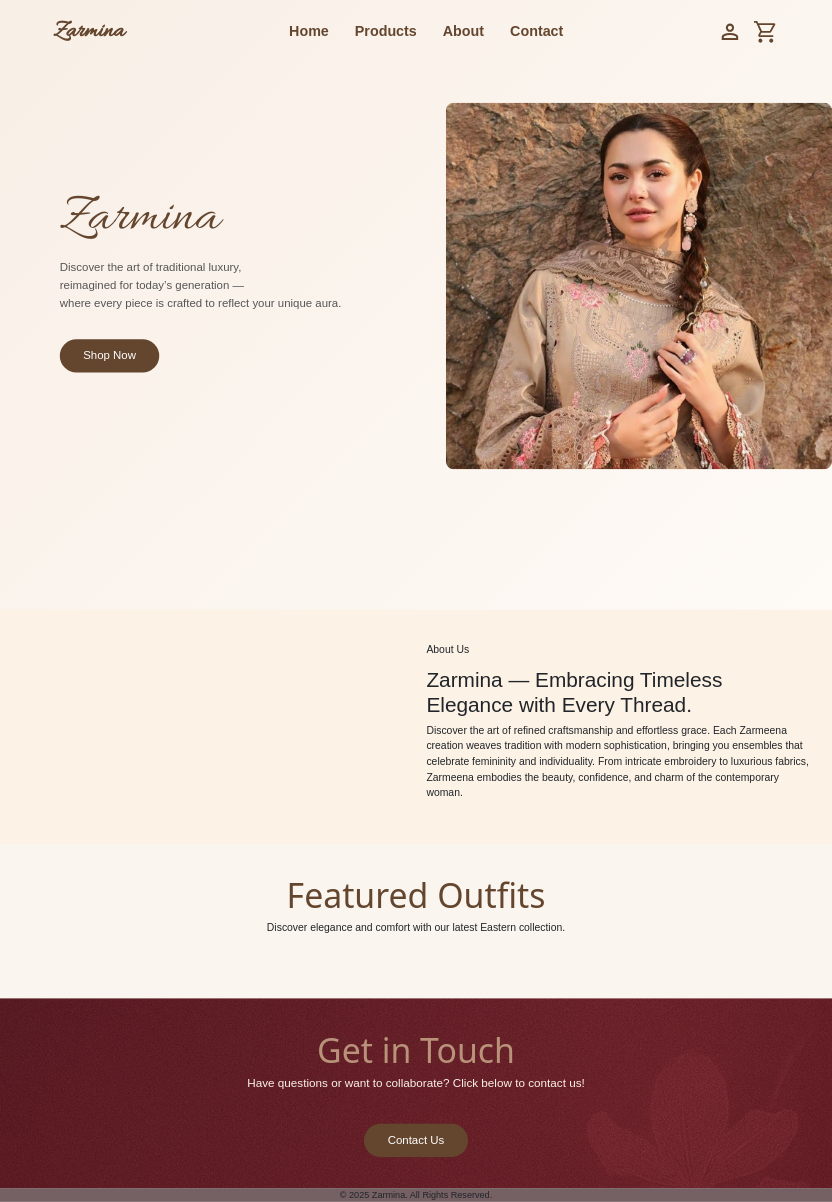
Repository: ayeshatehreem77/Clothing-store
Page: / (app in perfumes-app/)
These files come from the project's save history. The page is drawn as it stood at one moment and after the next save; the edit follows.
The browser window is 1280 px wide. The pictures show the whole page, at 65% of full size.
Pictures or frames that could not be fetched are drawn as grey boxes. The page's requests for data from a server got no answer. Some web fonts or font styles are not loaded; a fallback is used. The project was rebuilt for these pictures with package versions that can differ from the ones it lists, and the page was loaded fresh each time. No one was signed in, and anything a server would have sent is missing. Also part of the build but not shown: perfumes-app/src/components/Alert.js, perfumes-app/src/components/Reviews.js, perfumes-app/src/components/FeedbackForm.js.

Above is the page before, as saved 2025-10-31 20:17:10.

### perfumes-app/public/index.html
<!DOCTYPE html>
<html lang="en">

<head>
  <meta charset="utf-8" />
  <link rel="icon" href="%PUBLIC_URL%/favicon.ico" />
  <meta name="viewport" content="width=device-width, initial-scale=1" />
  <meta name="theme-color" content="#000000" />
  <meta name="description" content="Web site created using create-react-app" />
  <link rel="apple-touch-icon" href="%PUBLIC_URL%/logo192.png" />
  <!--
      manifest.json provides metadata used when your web app is installed on a
      user's mobile device or desktop. See https://developers.google.com/web/fundamentals/web-app-manifest/
    -->
  <link rel="manifest" href="%PUBLIC_URL%/manifest.json" />

  <title>Zarmina</title>

  <link rel="preconnect" href="https://fonts.googleapis.com">
  <link rel="preconnect" href="https://fonts.gstatic.com" crossorigin>
  <link
    href="https://fonts.googleapis.com/css2?family=Allura&family=Libertinus+Serif+Display&family=Lilita+One&display=swap"
    rel="stylesheet">

</head>

<body>
  <noscript>You need to enable JavaScript to run this app.</noscript>
  <div id="root"></div>
  <!--
      This HTML file is a template.
      If you open it directly in the browser, you will see an empty page.

      You can add webfonts, meta tags, or analytics to this file.
      The build step will place the bundled scripts into the <body> tag.

      To begin the development, run `npm start` or `yarn start`.
      To create a production bundle, use `npm run build` or `yarn build`.
    -->
</body>

</html>

### perfumes-app/src/index.js
import React from 'react';
import ReactDOM from 'react-dom/client';
import './index.css';
import 'bootstrap/dist/css/bootstrap.min.css';
import 'bootstrap/dist/js/bootstrap.bundle.min.js';
import App from './App';
import reportWebVitals from './reportWebVitals';
import { AuthProvider } from './context/AuthContext';

const root = ReactDOM.createRoot(document.getElementById('root'));
root.render(
  <React.StrictMode>
    <AuthProvider>
    <App />
    </AuthProvider>
  </React.StrictMode>
);

// If you want to start measuring performance in your app, pass a function
// to log results (for example: reportWebVitals(console.log))
// or send to an analytics endpoint. Learn more: https://bit.ly/CRA-vitals
reportWebVitals();

### perfumes-app/src/context/AuthContext.js
// src/context/AuthContext.js
import React, { createContext, useState, useEffect } from "react";
import axios from "axios";

export const AuthContext = createContext();

export const AuthProvider = ({ children }) => {
  const [user, setUser] = useState(null);

  // ✅ Fetch user details from backend using token
  const fetchUser = async () => {
    const token = localStorage.getItem("token");
    if (!token) return;

    try {
      const res = await axios.get("http://localhost:4000/auth/user", {
        headers: { Authorization: `Bearer ${token}` },
      });
      setUser(res.data); // { userId, email, role }
    } catch (err) {
      console.error("Failed to fetch user:", err);
      localStorage.removeItem("token");
      setUser(null);
    }
  };

  // ✅ Auto-fetch user on first render (if token exists)
  useEffect(() => {
    fetchUser();
  }, []);

  // ✅ Handle login
  const login = async (email, password) => {
    try {
      const res = await axios.post("http://localhost:4000/auth/login", {
        email,
        password,
      });

      // backend returns { authToken: "..." }
      const token = res.data.authToken;
      if (!token) throw new Error("No token returned");

      localStorage.setItem("token", token);
      await fetchUser(); // instantly update user

      return true; // success
    } catch (err) {
      console.error("Login error:", err.response?.data || err.message);
      throw err.response?.data?.message || "Login failed";
    }
  };

  // ✅ Handle logout
  const logout = () => {
    localStorage.removeItem("token");
    setUser(null);
  };

  return (
    <AuthContext.Provider value={{ user, login, logout, fetchUser }}>
      {children}
    </AuthContext.Provider>
  );
};

### perfumes-app/src/App.css
body {
  font-family: 'Poppins', sans-serif;
  background-color: #FBF5EF;
}

html {
  scroll-behavior: smooth;
}


.veloura-logo {
  font-family: "Allura", cursive;
  font-weight: 400;
  font-style: normal;
  font-size: 37px;
  color: #64462F !important;
}

.navbar {
  background: transparent !important;
}

button.navbar-toggler {
  border: none !important;
}

.navbar-toggler-icon {
  background-image: url("data:[embedded picture, 222 characters]");
}



.nav-link {
  color: #64462F !important;
  font-size: 22px;
  font-weight: 600;
}

.hero-section {
  background: linear-gradient(135deg, #f8efe6, #fefaf6);

  min-height: 100vh;
  display: flex;
  flex-direction: column;
  font-family: "Poppins", sans-serif;
}

/* =============== HERO LAYOUT =============== */
.hero-layout {
  display: flex;
  justify-content: center;
  align-items: flex-start;
  width: 100%;
  max-width: 1400px;
  height: 100vh;
  margin: 60px 0;

}

/* ---------- Left Section ---------- */
.hero-left {
  flex: 1 1;
  position: relative;
  margin: 133px 0px 0 92px;
}

.main-image {
  width: 100%;
  height: 564px;
  border-radius: 12px;
  overflow: hidden;
  /* ✅ ensures image stays inside box */
  position: relative;
  background-color: #93c5fd;
}

/* Make image fill box properly */
.main-image img {
  width: 100%;
  height: 100%;
  object-fit: cover;
  /* ✅ maintains aspect ratio without stretching */
  object-position: center;
  display: block;
}


.side-handle {
  position: absolute;
  left: -50px;
  bottom: 50%;
  transform: rotate(-90deg);
  font-size: 14px;
  color: #555;
  letter-spacing: 2px;
}

/* ---------- Right Section ---------- */
.hero-right {
  flex: 1;
  display: flex;
  flex-direction: column;
  justify-content: space-between;
  gap: 2rem;
}

/* Text Area */
.hero-text h2 {
  font-size: 1.6rem;
  color: #6c6c6c;
  margin-bottom: 5px;
  letter-spacing: 2px;
}

.hero-text h1 {
  font-family: "Allura", cursive;
  font-weight: 400;
  font-style: normal;
  font-size: 5.2rem;
  color: #64462F;
  line-height: 1.1;
}

.hero-text p {
  font-size: 1.1rem;
  color: #555;
  margin-top: 15px;
  line-height: 1.6;
}

.shop-btn {
  background-color: #64462F;
  color: white;
  border: none;
  padding: 12px 36px;
  border-radius: 40px;
  font-size: 1.1rem;
  margin-top: 25px;
  cursor: pointer;
  transition: background-color 0.3s ease;
}

.shop-btn:hover {
  background-color: #a3846d;
}

/* Small Image Grid */
.image-grid {
  display: grid;
  grid-template-columns: repeat(2, 1fr);
  gap: 20px;
}

.small-box {
  height: 200px;
  background-color: #93c5fd;
  border-radius: 12px;
}

/* =============== RESPONSIVE DESIGN =============== */
@media (max-width: 992px) {
  .hero-layout {
    flex-direction: column;
    text-align: center;
  }

  .side-handle {
    display: none;
  }

  .hero-text h1 {
    font-size: 3rem;
  }

  .main-image {
    height: 400px;
  }
}


.products-section h2 {
  font-family: "Libertinus Serif Display", system-ui;
  font-weight: 400;
  font-style: normal;
  font-size: 52px;
  color: #64462F;
}

.product-card {
  transition: all 0.3s ease-in-out;
  border-radius: 10px;
  background: transparent;
}

.card-img {
  border-radius: 10px;
  /* background: #FCF2E6; */
  background: #64462F;
}

.product-card:hover {
  transform: translateY(-5px);
}

.card-text,
.card-title {
  font-size: 23px;
  color: #64462F;
}

/* about us */

.aboutus {
  display: grid;
  grid-template-columns: 1fr 1fr;
  gap: 2rem;
  align-items: center;
  padding: 2rem;
  background: #FCF2E6;
}

.right-section video {
  width: 70%;
  max-height: 80vh;
  height: 100%;
  object-fit: cover;
  display: block;
}

/* product details */


.modal-header p {
  font-size: 14px;
  color: #451b277a;
}

.product-img {
  width: 100%;
  border-radius: 10px;
}

.product-title {
  font-family: "Libertinus Serif Display", system-ui;
  font-weight: 400;
  font-style: normal;
  font-size: 36px;
  color: #64462F;
}



.modal-content {
  background: #FCF2E6 !important;
  margin: auto !important;
  height: auto;
  overflow: hidden;
}

.breadcrumb-item a {
  text-decoration: none !important;
  color: black !important;
}

.modal-dialog {
  max-width: 900px;
  display: flex;
  align-items: center;
  justify-content: center;
  min-height: calc(100vh - 2rem);
  /* keeps it centered */
}

/* Optional - pretty scrollbar inside modal */
.modal-content::-webkit-scrollbar {
  width: 8px;
}

.modal-content::-webkit-scrollbar-thumb {
  background: #d4b191;
  border-radius: 10px;
}

.modal-content::-webkit-scrollbar-thumb:hover {
  background: #b8937a;
}

.modal-body {
  padding: 2rem !important;
}

.gender,
.concentration {
  background-color: #D4B191;
  border-radius: 21%;
  padding: 6px 11px;
  margin-bottom: 5px;
}

.add-cart-btn {
  margin-top: 1rem;
  background-color: #D4B191;
  padding: 10px 25px;
  color: #451B27;
  font-weight: 600;
}

.product-detail {
  margin-top: 0;
  margin-bottom: 1rem;
  font-size: 13px;
  color: #8b745e;
}

.btn-close:focus {
  box-shadow: none !important;
  outline: none !important;
}

/* contact us */

.contact-us {
  background-image: url("Assets/contactus2-bg.png");
  background-position: center;
  background-repeat: no-repeat;
  background-size: cover;
}

.contact-section h2 {
  font-family: "Libertinus Serif Display", system-ui;
  font-weight: 400;
  font-style: normal;
  font-size: 52px;
  color: #b8937a;
  text-align: center;
}

.contact-section p {
  font-size: 18px;
  color: #FCF2E6;
  /* accent purple */
  margin-bottom: 3rem;
  text-align: center;
}

.contact-form {
  max-width: 600px;
  margin: 0 auto;
  display: grid;
  gap: 1.5rem;
}

.contact-form input,
.contact-form textarea {
  padding: 1rem 1.2rem;
  border: 2px solid #D4B191;
  /* brand pink/gold */
  border-radius: 10px;
  font-size: 16px;
  width: 100%;
  outline: none;
  transition: border 0.3s, box-shadow 0.3s;
}

.contact-form input:focus,
.contact-form textarea:focus {
  border-color: #5E1E27;
  /* pink highlight */
  box-shadow: 0 0 10px rgba(252, 65, 90, 0.2);
}

.contact-form button {
  background-color: #D4B191;
  color: #451B27;
  padding: 1rem 2.5rem;
  font-size: 18px;
  font-weight: 600;
  border: none;
  border-radius: 10px;
  cursor: pointer;
  transition: transform 0.3s, background 0.3s;
}

.rev-name {
  margin: auto;
  background-color: transparent;
  width: 100%;
}

.contact-form button:hover {
  background-color: #5E1E27;
  color: #fff;
  transform: scale(1.05);
}

/* Responsive */
@media (max-width: 768px) {
  .contact-form {
    gap: 1rem;
  }

  .contact-section h2 {
    font-size: 36px;
  }

  .contact-section p {
    font-size: 16px;
  }
}

/* Copyright */


 footer {
    position: relative;
    bottom: 0;
    width: 100%;
    background-color: #4c3239c2;
}


/* login modal */

.auth-modal-content {
  background-color: #fdf7f2 !important;
  border-radius: 16px;
  border: none;
  box-shadow: 0 4px 20px rgba(0, 0, 0, 0.1);
  height: 90vh !important;
  width: 70%;
}

.auth-title {
  color: #4c0d23;
  font-weight: 700;
}

.auth-login-btn {
  background-color: #4c0d23;
  color: #fff;
  border-radius: 12px;
  transition: background-color 0.3s ease;
}

.auth-login-btn:hover {
  background-color: #300818;
}

.auth-signup-btn {
  border: 2px solid #b8860b;
  color: #b8860b;
  border-radius: 12px;
  background-color: transparent;
  transition: all 0.3s ease;
}

.auth-signup-btn:hover {
  background-color: #b8860b;
  color: #fff;
}

.auth-forgot-link {
  color: #4c0d23;
  text-decoration: none;
  font-weight: 500;
}

.auth-forgot-link:hover {
  text-decoration: underline;
}

.authfade-enter {
  opacity: 0;
  transform: translateY(10px);
}

.authfade-enter-active {
  opacity: 1;
  transform: translateY(0);
  transition: opacity 300ms ease, transform 300ms ease;
}

.authfade-exit {
  opacity: 1;
  transform: translateY(0);
}

.authfade-exit-active {
  opacity: 0;
  transform: translateY(-10px);
  transition: opacity 300ms ease, transform 300ms ease;
}

### perfumes-app/src/components/Aboutus.js
import React, { useEffect, useRef } from 'react';

function Aboutus() {
  const videoRef = useRef(null);

  useEffect(() => {
    if (videoRef.current) {
      const playPromise = videoRef.current.play();
      if (playPromise !== undefined) {
        playPromise.catch((error) => {
          console.log("Autoplay prevented:", error);
        });
      }
    }
  }, []);

  return (
    <div id='about' className="aboutus" style={{  }}>
      <div className="right-section">
        <video
          ref={videoRef}
          autoPlay
          muted
          loop
          playsInline
          style={{ width: "100%", height: "auto", borderRadius: "12px", objectFit: "cover" }}
        >
          <source src="/assets/aboutusvideo.mp4" type="video/mp4" />
          Your browser does not support the video tag.
        </video>
      </div>
      <div className="left-section">
        <p>About Us</p>
        <h2>
         Zarmina — Embracing Timeless Elegance with Every Thread.
        </h2>
        <p>Discover the art of refined craftsmanship and effortless grace. Each Zarmeena creation weaves tradition with modern sophistication, bringing you ensembles that celebrate femininity and individuality. From intricate embroidery to luxurious fabrics, Zarmeena embodies the beauty, confidence, and charm of the contemporary woman.</p>
      </div>
    </div>
  );
}

export default Aboutus;

### perfumes-app/src/components/ContactForm.js
import React from 'react'

function ContactForm() {
  return (
    <div className='contact-us align-center text-center'>
        <div className='contact-section pt-5'>
      <h2>
        Get in Touch
      </h2>
      <p>
        Have questions or want to collaborate? Click below to contact us!
      </p>
        </div>
      <button
        type="button"
        className="btn btn-lg mb-5 mt-0 shop-btn"
        data-bs-toggle="modal"
        data-bs-target="#contactModal"
      >
        Contact Us
      </button>
    </div>
  )
}

export default ContactForm

### perfumes-app/src/components/Footer.js
import React from "react";

function Footer() {
  const year = new Date().getFullYear();

  return (
    <footer
      className="text-center "
    >
      <p style={{ margin: 0, fontSize: "14px" }}>
        &copy; {year} Zarmina. All Rights Reserved.
      </p>
    </footer>
  );
}

export default Footer;

### perfumes-app/src/components/Hero.js
import React from "react";
import Navbar from "./Navbar";

function Hero() {
  return (
    <div className="hero-section">
      <Navbar />

      <div className="hero-layout">
        {/* Left Main Image Box */}
        <div className="hero-left">
          <div className="hero-text">
            <h1>Zarmina</h1>
            <p>
              Discover the art of traditional luxury, <br/> reimagined for today’s generation — <br/> where every piece is crafted to reflect your unique aura.
            </p>
            <button className="shop-btn">Shop Now</button>
          </div>
        </div>

        {/* Right Side Content */}
        <div className="hero-right">
          <div className="main-image">
            <img src="assets/hero-img1.jpg" alt="" />
          </div>
        </div>
      </div>
    </div>
  );
}

export default Hero;

### perfumes-app/src/components/Products.js
import React, { useEffect, useState } from "react";

function Products({ setSelectedProduct }) {
  const [products, setProducts] = useState([]);
  const [loading, setLoading] = useState(true);

  useEffect(() => {
    const fetchProducts = async () => {
      try {
        const res = await fetch("http://localhost:4000/products");
        const data = await res.json();

        console.log("Fetched products:", data); // 👀 check console to confirm shape
        // Adjust depending on your backend response
        setProducts(data.data || data);
      } catch (error) {
        console.error("Failed to fetch products:", error);
      } finally {
        setLoading(false);
      }
    };

    fetchProducts();
  }, []);

  if (loading) return <p className="text-center">Loading products...</p>;

  return (
    <div id="products" className="products-section py-5">
      <div className="container w-75">
        <div className="product-text text-center mb-5">
          <h2>Featured Outfits</h2>
          <p className="mx-5 mb-5">
            Discover elegance and comfort with our latest Eastern collection.
          </p>
        </div>

        <div className="row">
          {products.map((product) => (
            <div className="col-md-4 mb-4" key={product._id}>
              <div
                className="card border-0 product-card h-100"
                data-bs-toggle="modal"
                data-bs-target="#productsDetails"
                onClick={() => setSelectedProduct(product)}
              >
                <img
                   src={`http://localhost:4000${product.images?.[0]}`}
                  className="card-img card-img-top"
                  alt={product.name}
                />
                <div className="card-body text-center">
                  <h5 className="card-title">{product.name}</h5>
                  <p className="card-text text-muted">Rs. {product.price}</p>
                </div>
              </div>
            </div>
          ))}
        </div>
      </div>
    </div>
  );
}

export default Products;

### perfumes-app/src/components/Navbar.js
import React, { useContext } from "react";
import { AuthContext } from "../context/AuthContext";

function Navbar() {
  const { user, logout } = useContext(AuthContext);

  return (
    <nav className="navbar navbar-expand-lg py-3">
      <div className="container d-flex justify-content-between align-items-center">
        <a className="navbar-brand fw-bold veloura-logo" href="/">
          Zarmina
        </a>

        <ul className="navbar-nav mx-auto d-lg-flex flex-row gap-4">
          <li className="nav-item"><a className="nav-link" href="/">Home</a></li>
          <li className="nav-item"><a className="nav-link" href="#products">Products</a></li>
          <li className="nav-item"><a className="nav-link" href="#about">About</a></li>
          <li className="nav-item">
            <a className="nav-link" href="/" data-bs-toggle="modal" data-bs-target="#contactModal">Contact</a>
          </li>
        </ul>

        <div className="d-none d-lg-flex align-items-center gap-3">
            <a
              className="nav-link p-0"
              href="#"
              data-bs-toggle="modal"
              data-bs-target="#authModal"
            >
              <svg xmlns="http://www.w3.org/2000/svg" height="38px" viewBox="0 -960 960 960" width="38px" fill="#64462F"><path d="M480-480q-66 0-113-47t-47-113q0-66 47-113t113-47q66 0 113 47t47 113q0 66-47 113t-113 47ZM160-160v-112q0-34 17.5-62.5T224-378q62-31 126-46.5T480-440q66 0 130 15.5T736-378q29 15 46.5 43.5T800-272v112H160Zm80-80h480v-32q0-11-5.5-20T700-306q-54-27-109-40.5T480-360q-56 0-111 13.5T260-306q-9 5-14.5 14t-5.5 20v32Zm240-320q33 0 56.5-23.5T560-640q0-33-23.5-56.5T480-720q-33 0-56.5 23.5T400-640q0 33 23.5 56.5T480-560Zm0-80Zm0 400Z" /></svg>
            </a>

          <a
            href="#"
            className="nav-link"
            data-bs-toggle="modal"
            data-bs-target="#cartModal"
          >
            <svg xmlns="http://www.w3.org/2000/svg" height="40px" viewBox="0 -960 960 960" width="40px" fill="#64462F"><path d="M284.53-80.67q-30.86 0-52.7-21.97Q210-124.62 210-155.47q0-30.86 21.98-52.7Q253.95-230 284.81-230t52.69 21.98q21.83 21.97 21.83 52.83t-21.97 52.69q-21.98 21.83-52.83 21.83Zm400 0q-30.86 0-52.7-21.97Q610-124.62 610-155.47q0-30.86 21.98-52.7Q653.95-230 684.81-230t52.69 21.98q21.83 21.97 21.83 52.83t-21.97 52.69q-21.98 21.83-52.83 21.83ZM238.67-734 344-515.33h285.33l120-218.67H238.67ZM206-800.67h589.38q22.98 0 34.97 20.84 11.98 20.83.32 41.83L693.33-490.67q-11 19.34-28.87 30.67-17.87 11.33-39.13 11.33H324l-52 96h487.33V-286H278q-43 0-63-31.83-20-31.84-.33-68.17l60.66-111.33-149.33-316H47.33V-880h121.34L206-800.67Zm138 285.34h285.33H344Z"/></svg>
          </a>
        </div>
      </div>
    </nav>
  );
}

export default Navbar;

Loaded but not shown: perfumes-app/src/index.css (common file); perfumes-app/src/reportWebVitals.js (common file); perfumes-app/src/components/Login.js (294 lines, source omitted); perfumes-app/src/components/ProductsDetails.js (173 lines, source omitted); perfumes-app/src/components/AddToCart.js (158 lines, source omitted); perfumes-app/src/components/ContactModal.js (121 lines, source omitted); perfumes-app/src/App.js (116 lines, source omitted)

After the next save:
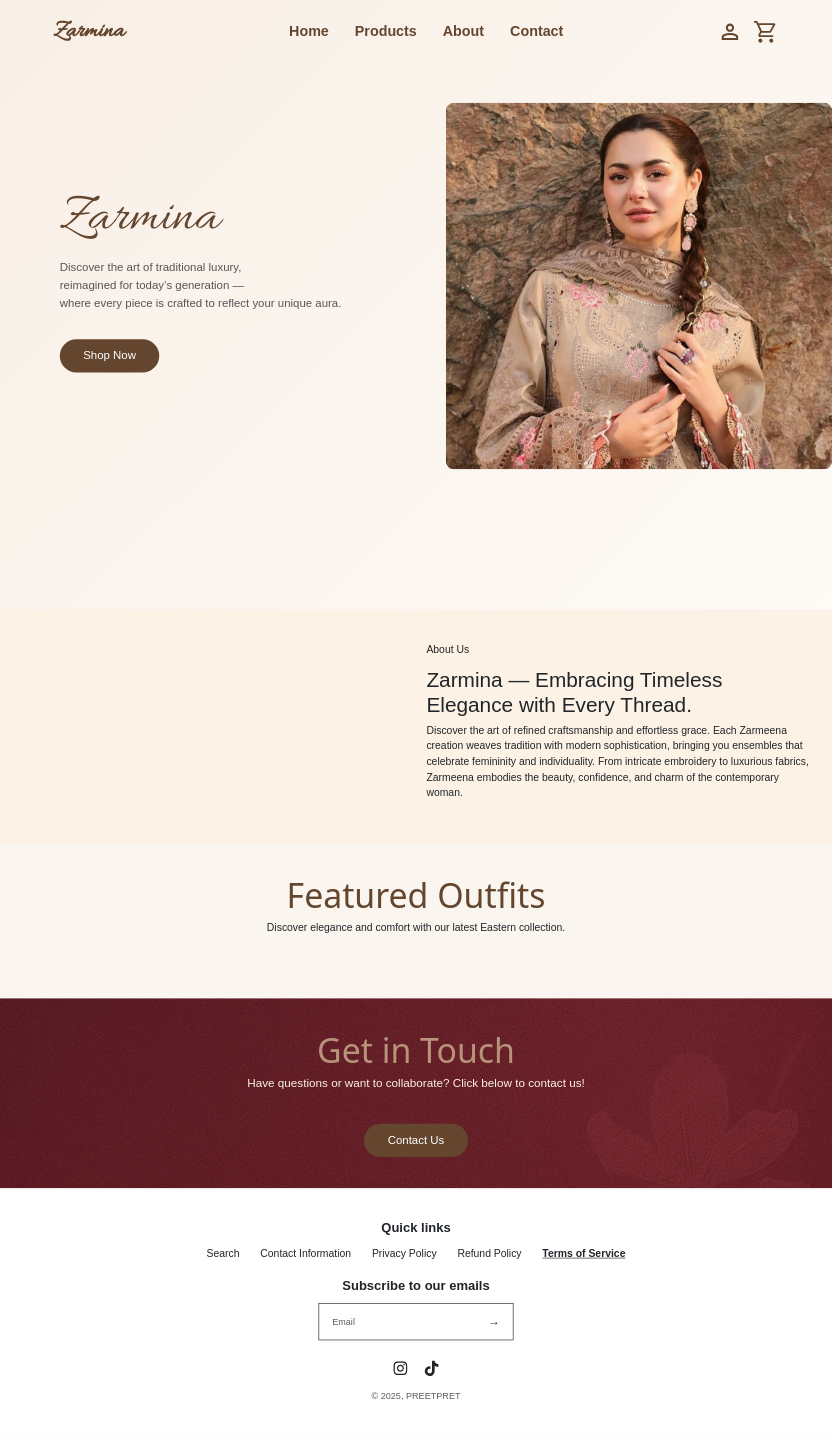
Saved 44 min 48 s later.
--- a/perfumes-app/src/components/Footer.js
+++ b/perfumes-app/src/components/Footer.js
@@ -1,17 +1,73 @@
 import React from "react";
+import { FaInstagram, FaTiktok } from "react-icons/fa";
 
-function Footer() {
-  const year = new Date().getFullYear();
+const Footer = () => {
+  return (
+    <footer className="bg-white text-center py-5 border-top">
+      <div className="container">
+        {/* Quick Links */}
+        <h5 className="fw-bold mb-3">Quick links</h5>
+        <ul className="list-inline mb-4">
+          <li className="list-inline-item mx-3">
+            <a href="#" className="text-dark text-decoration-none fw-medium">
+              Search
+            </a>
+          </li>
+          <li className="list-inline-item mx-3">
+            <a href="#" className="text-dark text-decoration-none fw-medium">
+              Contact Information
+            </a>
+          </li>
+          <li className="list-inline-item mx-3">
+            <a href="#" className="text-dark text-decoration-none fw-medium">
+              Privacy Policy
+            </a>
+          </li>
+          <li className="list-inline-item mx-3">
+            <a href="#" className="text-dark text-decoration-none fw-medium">
+              Refund Policy
+            </a>
+          </li>
+          <li className="list-inline-item mx-3">
+            <a href="#" className="text-dark text-decoration-none fw-bold text-decoration-underline">
+              Terms of Service
+            </a>
+          </li>
+        </ul>
 
-  return (
-    <footer
-      className="text-center "
-    >
-      <p style={{ margin: 0, fontSize: "14px" }}>
-        &copy; {year} Zarmina. All Rights Reserved.
-      </p>
+        {/* Subscribe Section */}
+        <div className="d-flex flex-column align-items-center mb-4">
+          <h5 className="fw-bold mb-3">Subscribe to our emails</h5>
+          <div className="d-flex border border-dark p-2" style={{ width: "300px" }}>
+            <input
+              type="email"
+              className="form-control border-0 shadow-none"
+              placeholder="Email"
+              style={{ fontSize: "14px" }}
+            />
+            <button className="btn border-0 text-dark">
+              <span style={{ fontSize: "18px" }}>→</span>
+            </button>
+          </div>
+        </div>
+
+        {/* Social Icons */}
+        <div className="d-flex justify-content-center align-items-center gap-4 mb-3">
+          <a href="#" className="text-dark fs-4">
+            <FaInstagram />
+          </a>
+          <a href="#" className="text-dark fs-4">
+            <FaTiktok />
+          </a>
+        </div>
+
+        {/* Copyright */}
+        <p className="text-muted small mb-0">
+          © {new Date().getFullYear()}, <span className="text-uppercase">Preetpret</span>
+        </p>
+      </div>
     </footer>
   );
-}
+};
 
 export default Footer;
